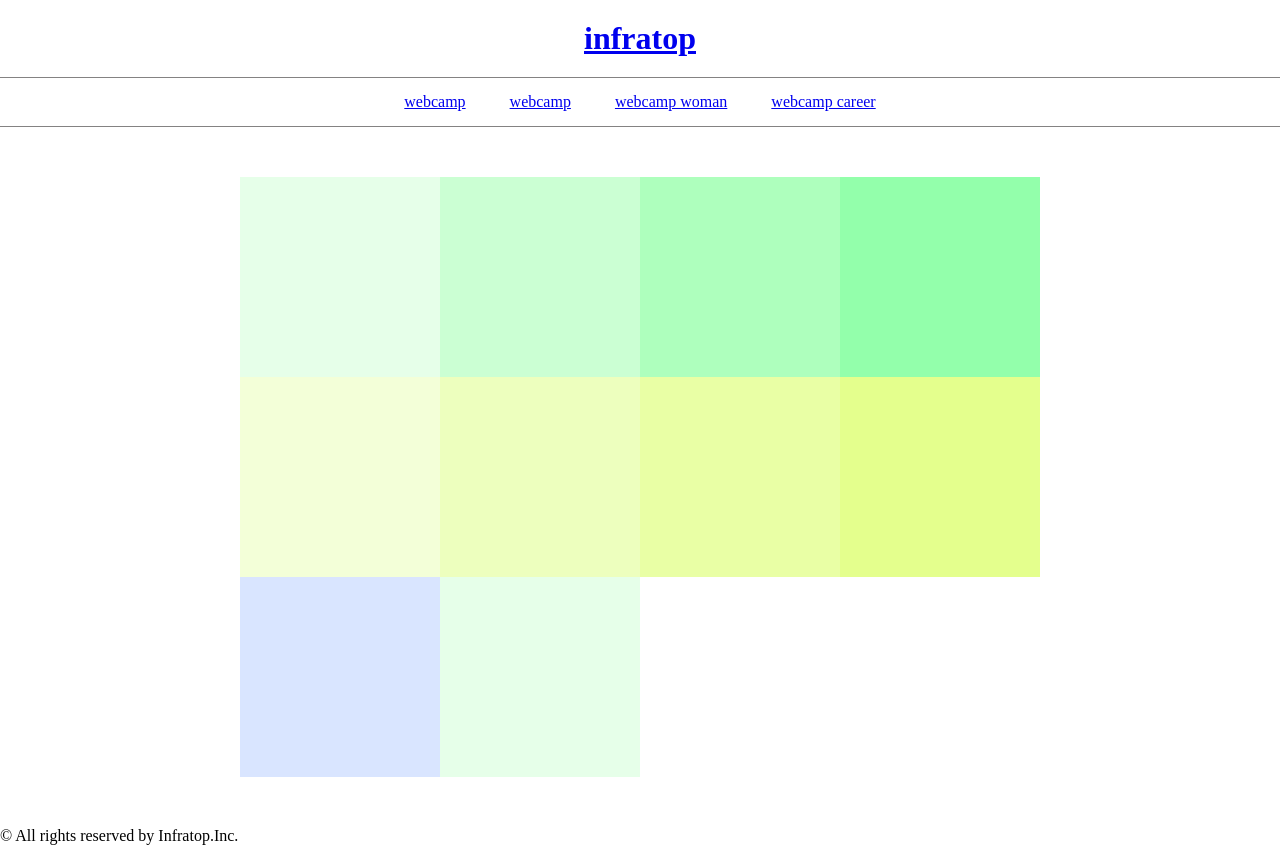
Repository: matuyama/dmm-webcamp
Page: chapter5/chapter5.html
The author's editor kept a record of every edit. The page is drawn from the files as they stood at one moment, then again after the next edit.
The browser window is 1280 px wide. The pictures show the whole page.

Above is the page before.

### chapter5/chapter5.html
<!DOCTYPE html>
<html lang"ja">

  <head>
    <meta charset="UTF-8"/>
    <link rel="stylesheet" href="chapter5.css"/>
    <title>chapter5</title>
  </head>

  <body>
    <header>
      <h1 class="heading">
        <a href="chapter5.html">
          infratop
        </a>
      </h1>
    </header>

    <nav>
      <ul class="nav-list">
        <li class="nav-list-item">
          <a href="chapter5.html">webcamp</a>
        </li>
        <li class="nav-list-item">
          <a href="hapter5">webcamp</a>
        </li>
        <li class="nav-list-item">
          <a href="chapter5">webcamp woman</a>
        </li>
        <li class="nav-list-item">
          <a href="chapter5">webcamp career</a>
        </li>
      </ul>
    </nav>

    <div class="main">
      <div class="box1"></div>
      <div class="box2"></div>
      <div class="box3"></div>
      <div class="box4"></div>
      <div class="box5"></div>
      <div class="box6"></div>
      <div class="box7"></div>
      <div class="box8"></div>
      <div class="box9"></div>
      <div class="box10"></div>
      <div class="box11"></div>
      <div class="box12"></div>
    </div>

    <footer><p class="footer-text">© All rights reserved by Infratop.Inc.</p></footer>

  </body>

</html>

### chapter5/chapter5.css
*{
  margin:0;
  padding:0;
  box-sizing:border-box;
}

header{
  width:100%;
  padding: 20px 0;
  margin: 0 auto;
  text-align:center;
}

.nav-list{
  text-align: center;
  padding: 15px 0;
  border-bottom: 1px solid #848282;
  border-top: 1px solid #848282;
}
  .nav-list-item{
    list-style: none;
    display: inline-block;
    margin: 0 20px;
  }

.main{
  width: 800px;
  margin: 50px auto;
  display: flex;
  flex-wrap: wrap;
}

  .box1{
    width: 200px;
    height: 200px;
    background-color: #e6ffe9;
  }

  .box2{
    width: 200px;
    height: 200px;
    background-color: #cbffd3;
  }

  .box3{
    width: 200px;
    height: 200px;
    background-color: #aeffbd;
  }

  .box4{
    width: 200px;
    height: 200px;
    background-color: #93ffab;
  }

  .box5{
    width: 200px;
    height: 200px;
    background-color: #f3ffd8;
  }

  .box6{
    width: 200px;
    height: 200px;
    background-color: #edffbe;
  }

  .box7{
    width: 200px;
    height: 200px;
    background-color: #e9ffa5;
  }

  .box8{
    width: 200px;
    height: 200px;
    background-color: #e4ff8d;
  }

  .box9{
    width: 200px;
    height: 200px;
    background-color: #d9e5ff;
  }

  .box10{
    width: 200px;
    height: 200px;
    background-color: #e6ffe9;
  }

  .box1{
    width: 200px;
    height: 200px;
    background-color: #e6ffe9;
  }

  .box1{
    width: 200px;
    height: 200px;
    background-color: #e6ffe9;
  }

After the next edit:
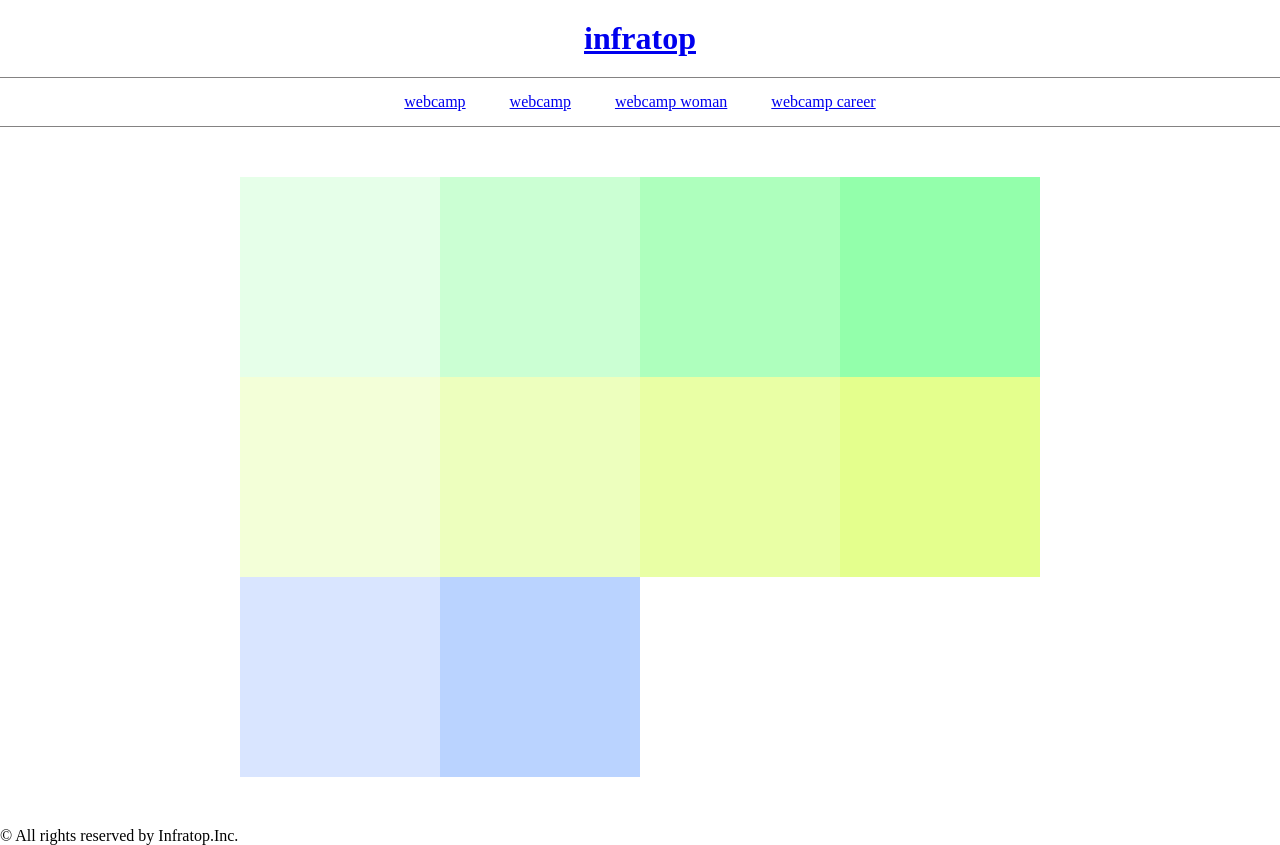
The edit:
--- a/chapter5/chapter5.css
+++ b/chapter5/chapter5.css
@@ -87,7 +87,7 @@
   .box10{
     width: 200px;
     height: 200px;
-    background-color: #e6ffe9;
+    background-color: #bad3ff;
   }
 
   .box1{
